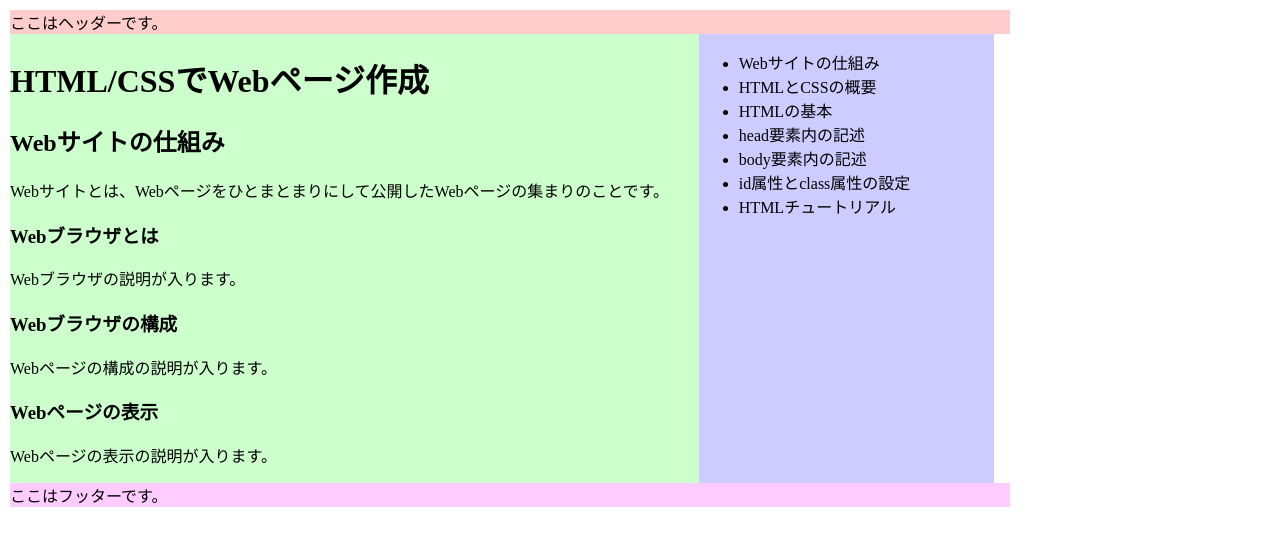
Repository: kazumasatomoto/kadai-tasklist-
Page: kadai-html.html
The author's editor kept a record of every edit. The page is drawn from the files as they stood at one moment, then again after the next edit.
The browser window is 1280 px wide. The pictures show the whole page.

Above is the page before.

After the next edit:
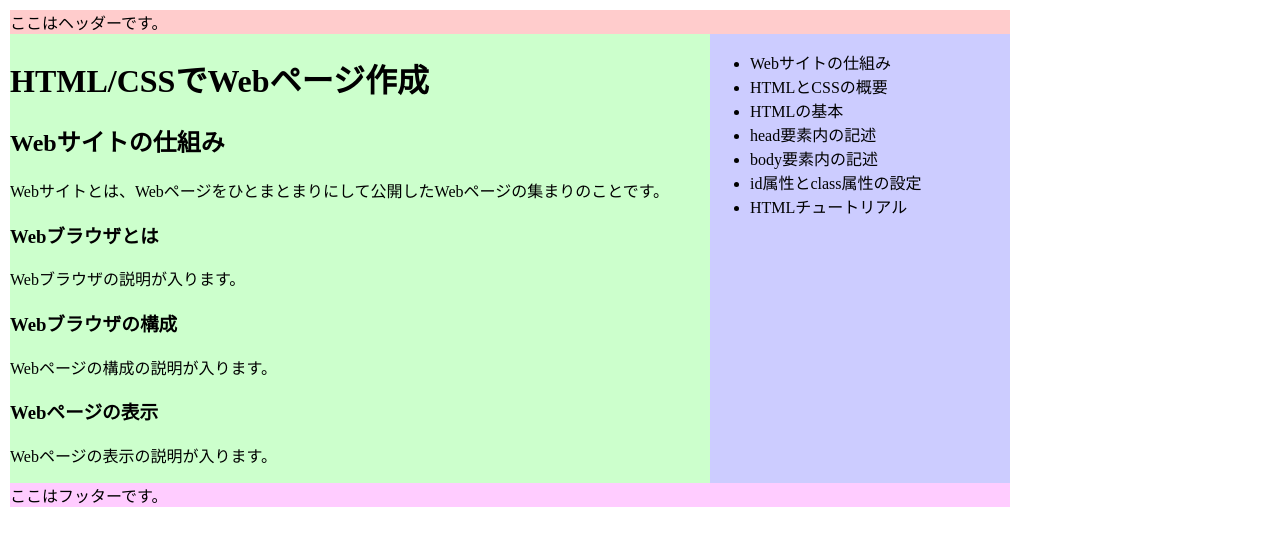
The edit:
--- a/kadai-css.css
+++ b/kadai-css.css
@@ -8,7 +8,7 @@
     background-color: #ffcccc;
 }
 #wrapper {
-    width: 984px;
+    width: 1000px;
     display: flex;
     justify-content: flex-start;
 }
